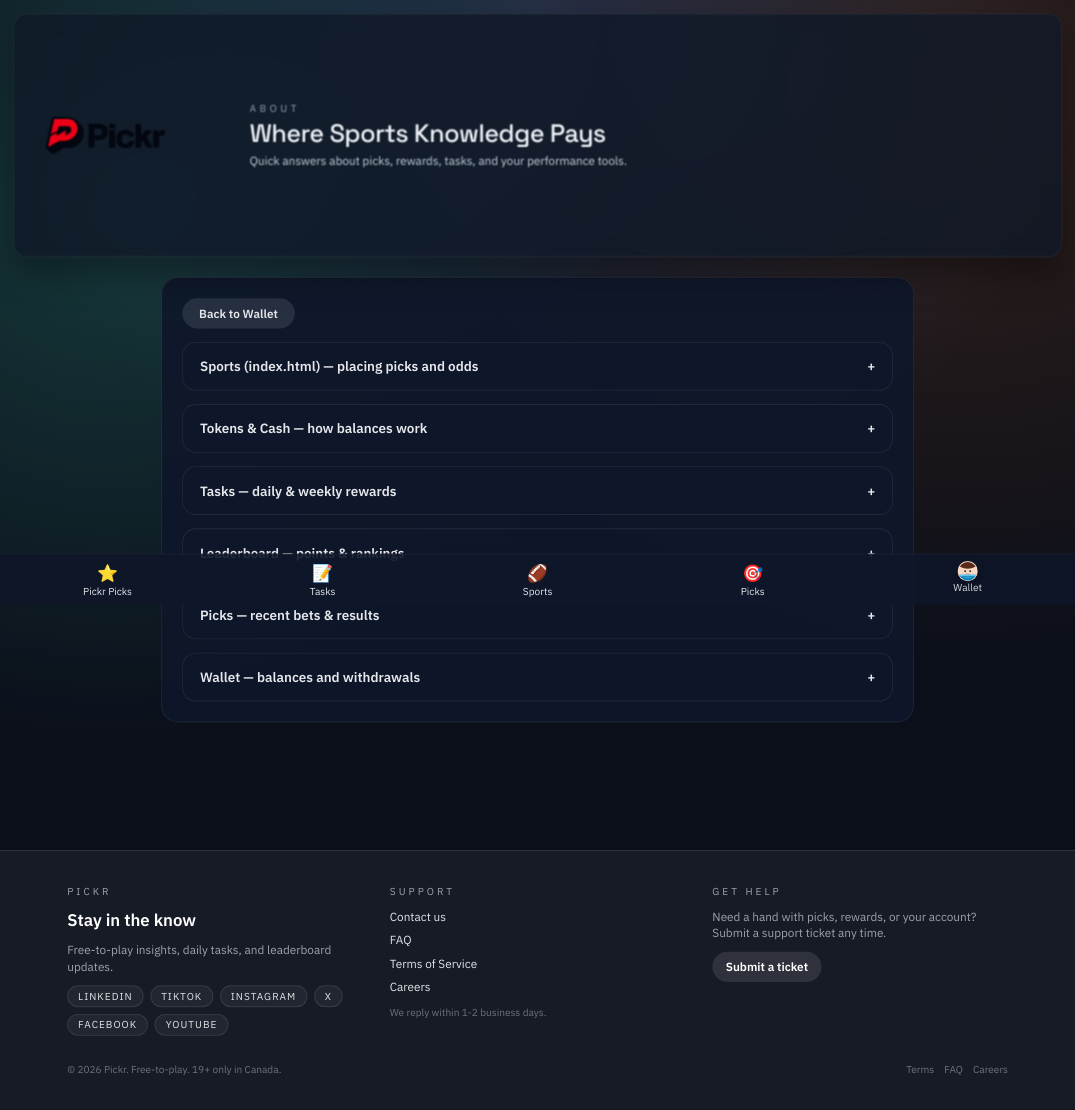
Repository: prav2004/therealdeal
Page: public/about.html
These files come from the project's save history. The page is drawn as it stood at one moment and after the next save; the edit follows.
The browser window is 1280 px wide. The pictures show the whole page, at 84% of full size.
The page's requests for data from a server got no answer. Some web libraries are served in a nearby version.

Above is the page before, as saved 2026-02-17 20:22:18.

After the next save:
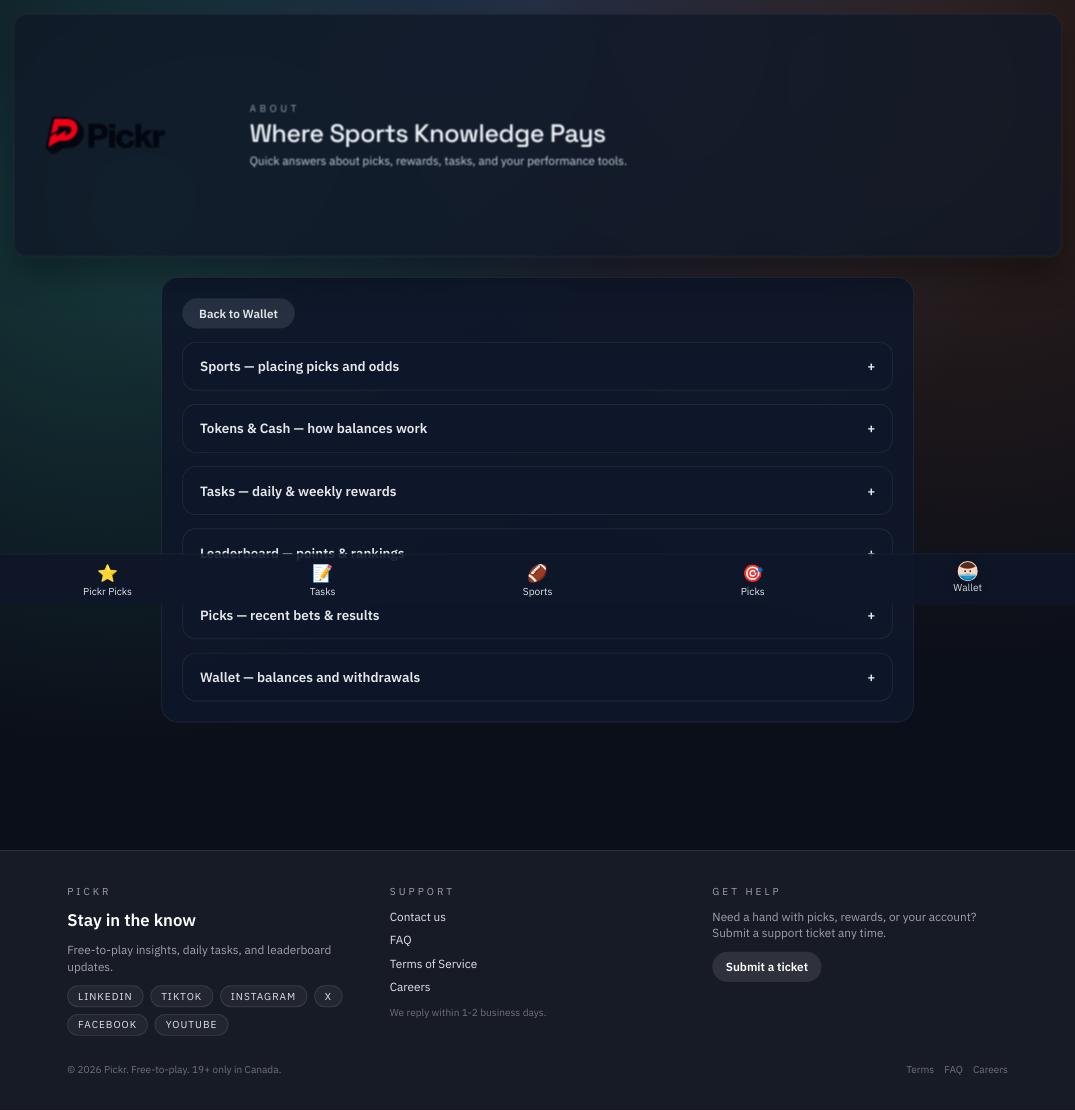
Saved 23 h 26 min later.
--- a/public/about.html
+++ b/public/about.html
@@ -89,7 +89,7 @@
         <div class="space-y-4" id="aboutAccordion">
           <div>
             <button class="accordion-btn" type="button" data-target="sports">
-              <span>Sports (index.html) — placing picks and odds</span>
+              <span>Sports  — placing picks and odds</span>
               <span>+</span>
             </button>
             <div id="sports" class="accordion-panel">
